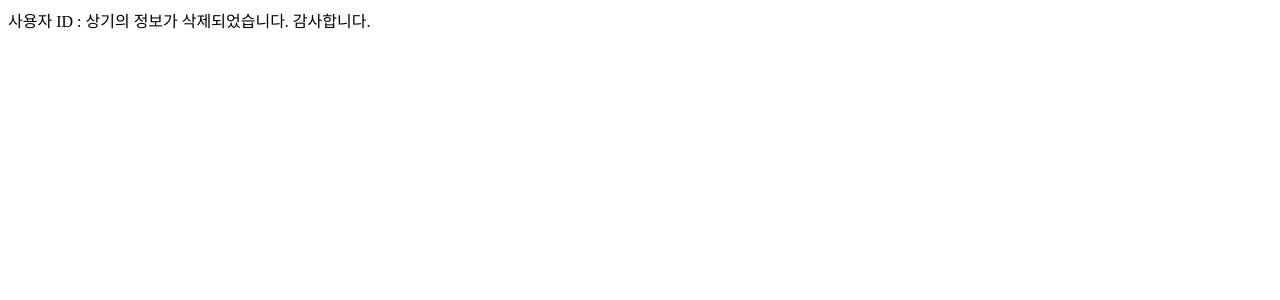
Repository: HyeogDo/Study_Java
Page: http://localhost/Quiz_06/purchaserDelete_05.jsp
These files come from the project's save history. The page is drawn as it stood at one moment and after the next save; the edit follows.
The browser window is 1280 px wide. The pictures show the whole page.
The page is served by Tomcat 9.

Above is the page before, as saved 2022-03-22 07:56:14.

After the next save:
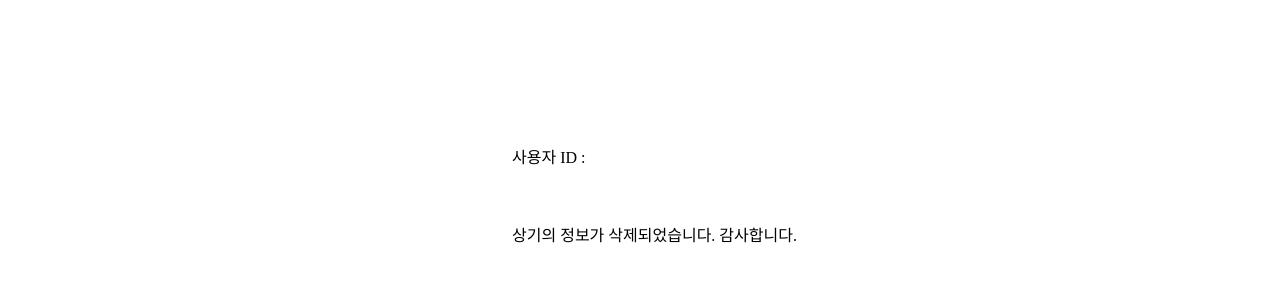
Saved 4 s later.
--- a/Servlets/Quiz_06/src/main/webapp/purchaserDelete_05.jsp
+++ b/Servlets/Quiz_06/src/main/webapp/purchaserDelete_05.jsp
@@ -7,8 +7,12 @@
 		<title>Insert title here</title>
 	</head>
 	<body>
-		사용자 ID : ${USERID }
-
+		<div style="position: absolute; left: 40%; top: 20%;">
+		사용자 ID : ${USERID }<br>
+		<br>
+		<br>
+		<br>
 		상기의 정보가 삭제되었습니다. 감사합니다.
+		</div>
 	</body>
 </html>
